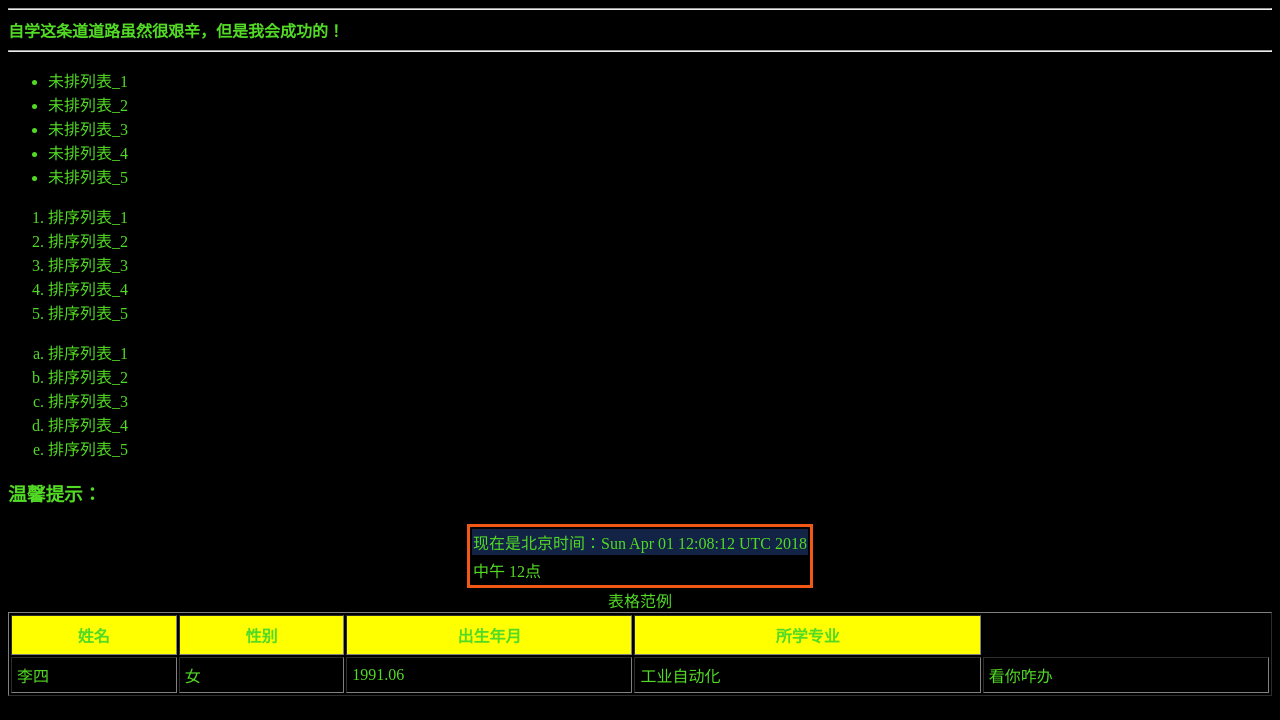
Repository: Coder-YJ/Java
Page: http://localhost/JspTest/test.jsp
The author's editor kept a copy of each file at every save. The page is drawn from the files as they stood at one save, then again after the next save.
The browser window is 1280 px wide. The pictures show the whole page.
The page is served by Tomcat 9. Other server files are loaded and not shown.

Above is the page before, as saved 2018-04-01 12:19:21.

### MyEclipse10/JspTest/WebRoot/test.jsp
<%@ page language="java" import="java.util.*" pageEncoding="UTF-8"%>
<%
	String path = request.getContextPath();
	String basePath = request.getScheme() + "://"
			+ request.getServerName() + ":" + request.getServerPort()
			+ path + "/";
%>
<html>
<head>
<title>我的第一个JSP例子</title>
</head>
<body text="#52DA25" bgcolor="000000">
	<hr>
	<b> 自学这条道道路虽然很艰辛，但是我会成功的！ </b>
	<hr>
	<ul type="disc">
		<li>未排列表_1</li>
		<li>未排列表_2</li>
		<li>未排列表_3</li>
		<li>未排列表_4</li>
		<li>未排列表_5</li>
	</ul>
	<ol>
		<li>排序列表_1</li>
		<li>排序列表_2</li>
		<li>排序列表_3</li>
		<li>排序列表_4</li>
		<li>排序列表_5</li>
	</ol>
	<ol type="a">
		<li>排序列表_1</li>
		<li>排序列表_2</li>
		<li>排序列表_3</li>
		<li>排序列表_4</li>
		<li>排序列表_5</li>
	</ol>
	<table align="center" bordercolor="#F25815">
		<h3>温馨提示：</h3>

		<tr bgcolor="122345">
			<td>
				<%
					//获得当前的时间
					Date today = new Date();
					out.print("现在是北京时间：" + today);
				%>
			</td>
		</tr>
		<tr>
			<td>
				<%
					//获得当前时间中的小时
					int hour = today.getHours();
					if (0 <= hour && hour <= 5) {
						out.print("现在是北京时间凌晨 " + hour + "点");
					} else if (5 < hour && hour <= 10) {
						out.print("早上 " + hour + "点");
					} else if (10 < hour && hour < 13) {
						out.print("中午 " + hour + "点");
					} else if (13 <= hour && hour < 18) {
						out.print("下午 " + hour + "点");
					} else if (18 <= hour && hour < 21) {
						out.print("晚上 " + hour + "点");
					} else if (21 <= hour && hour < 24) {
						out.print("深夜 " + hour + "点");
					}
				%>
			</td>
		</tr>
	</table>

	<table width="100%" border="1" cellspaceing="3" cellpadding="5">
		<caption align="center">表格范例</caption>
		<tr height="40" bgcolor="FFFF00">
			<th>姓名</th>
			<th>性别</th>
			<th>出生年月</th>
			<th>所学专业</th>
		</tr>
		<tr>
			<td>李四</td>
			<td>女</td>
			<td>1991.06</td>
			<td>工业自动化</td>
			<td>看你咋办</td>
		</tr>
	</table>
</body>
</html>

After the next save:
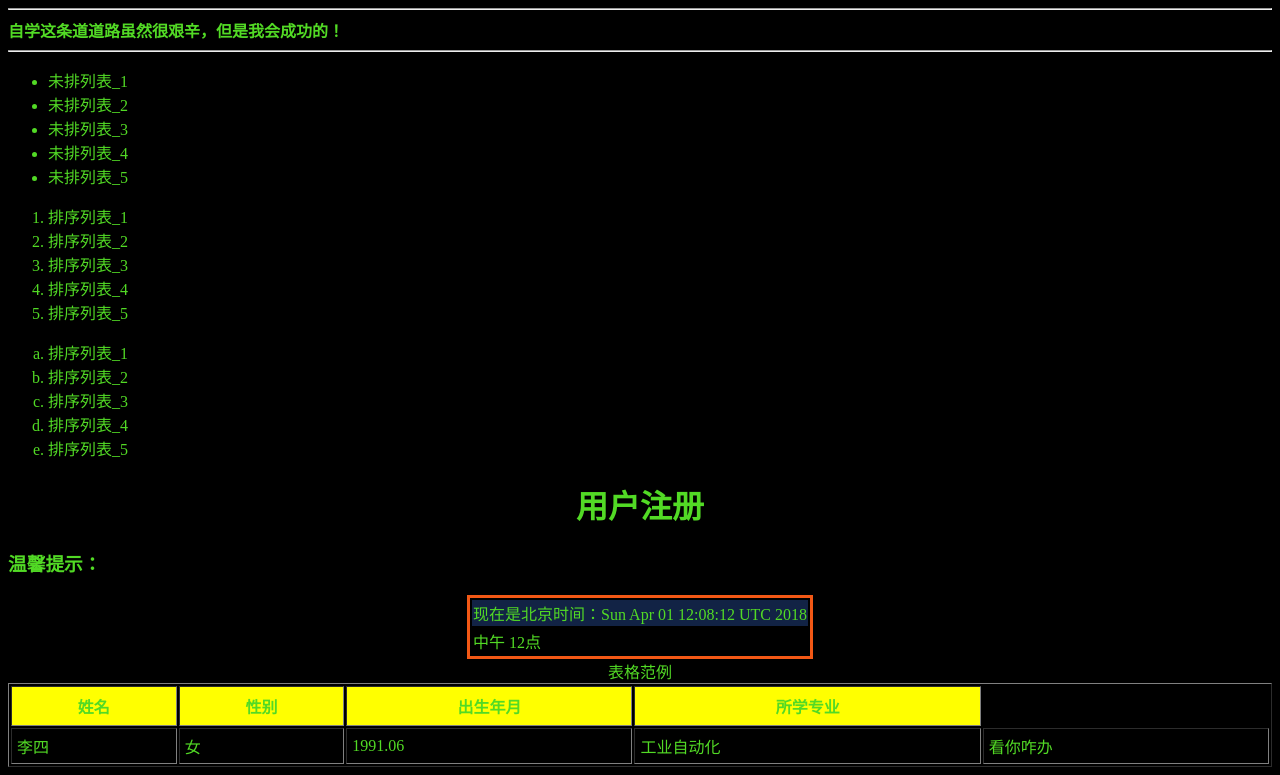
Saved 20 min 26 s later.
--- a/MyEclipse10/JspTest/WebRoot/test.jsp
+++ b/MyEclipse10/JspTest/WebRoot/test.jsp
@@ -34,6 +34,7 @@
 		<li>排序列表_4</li>
 		<li>排序列表_5</li>
 	</ol>
+	<h1 align="center">用户注册</h1>
 	<table align="center" bordercolor="#F25815">
 		<h3>温馨提示：</h3>
 
